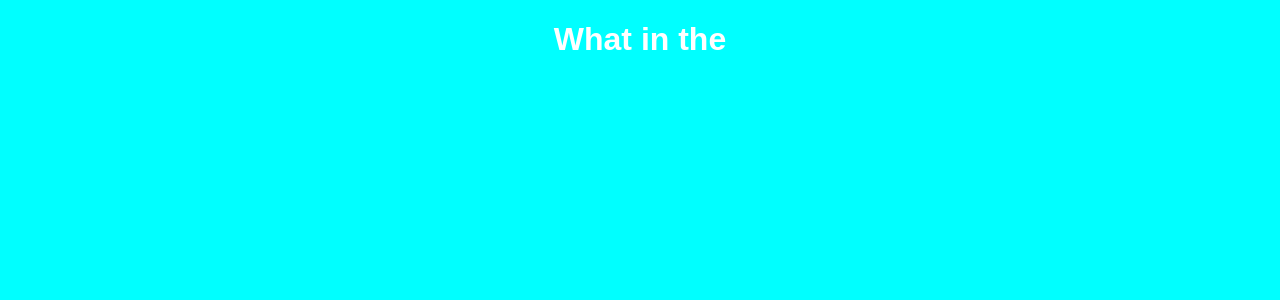
Repository: Jeffkw213/Learning_react
Page: / (app in myapp/)
These files come from the project's save history. The page is drawn as it stood at one moment and after a run of saves; the edit follows.
The browser window is 1280 px wide. The pictures show the whole page.
The project was rebuilt for these pictures with package versions that can differ from the ones it lists, and the page was loaded fresh each time.

Above is the page before, as saved 2021-04-27 17:07:43.

### myapp/src/index.css
*{
  box-sizing: ;
}

body{
  font-family: 'Poppins', sans-serif;
  background-color: aqua;
}



h1 {
  color: white;
  text-align: center;
}

### myapp/src/App.js
import Header from './Components/header'
function App() {
  // const name = 'jeff'
  return (
    // <div className='container'>
    //  <h1> Starting of React </h1>
    //  <h2> Hello {name} </h2>
    // </div>
    <div>
      <Header />
    </div>
  );
}

export default App;

### myapp/src/Components/header.js
import PropTypes from 'prop-types'

const Header = ({title}) => {
    return (
        <header>
            <h1>{title}</h1>
        </header>
    )
}

Header.defaultProps = {
    title: "What in the",
}

Header.propTypes= {
    title:PropTypes.string.isRequired,
}

export default Header

Loaded but not shown: myapp/public/index.html (common file); myapp/src/index.js (common file); myapp/src/reportWebVitals.js (common file)

After the next 5 saves:
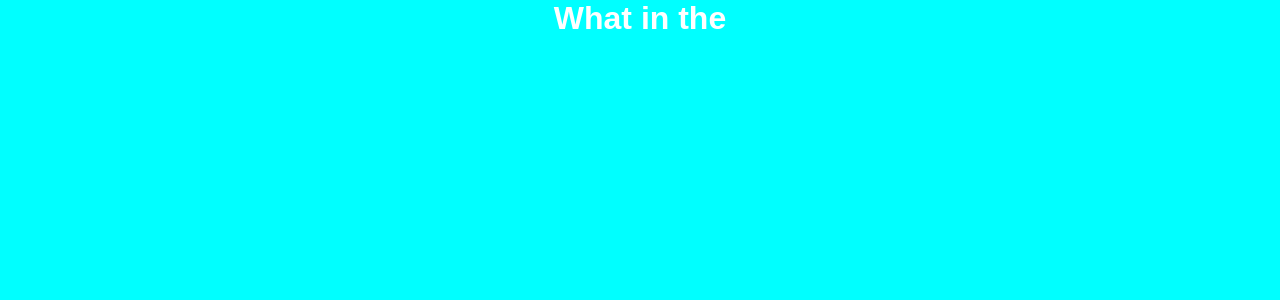
The 5 saves are shown as one change because they came seconds apart.
The last was saved 15 s later.
--- a/myapp/src/index.css
+++ b/myapp/src/index.css
@@ -1,5 +1,7 @@
 *{
-  box-sizing: ;
+  box-sizing: border-box;
+  margin: 0;
+  padding: 0;
 }
 
 body{

After the 2 saves that followed:
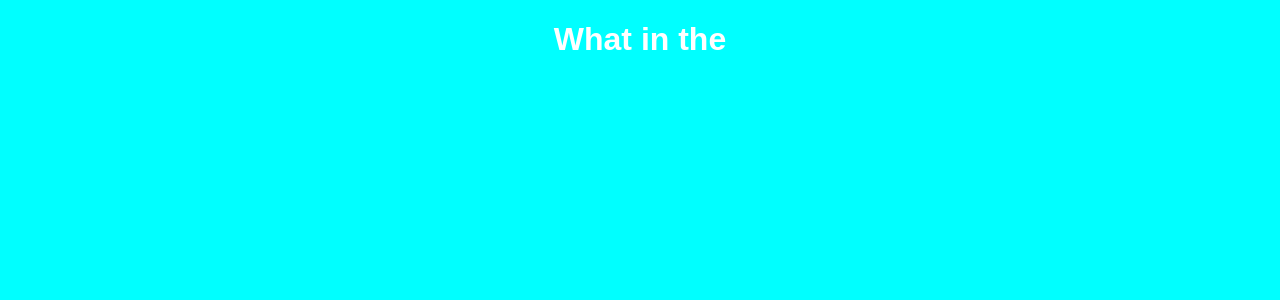
The 2 saves are shown as one change because they came seconds apart.
The last was saved 13 s later.
--- a/myapp/src/index.css
+++ b/myapp/src/index.css
@@ -1,6 +1,6 @@
 *{
   box-sizing: border-box;
-  margin: 0;
+  margin: 10;
   padding: 0;
 }
 
